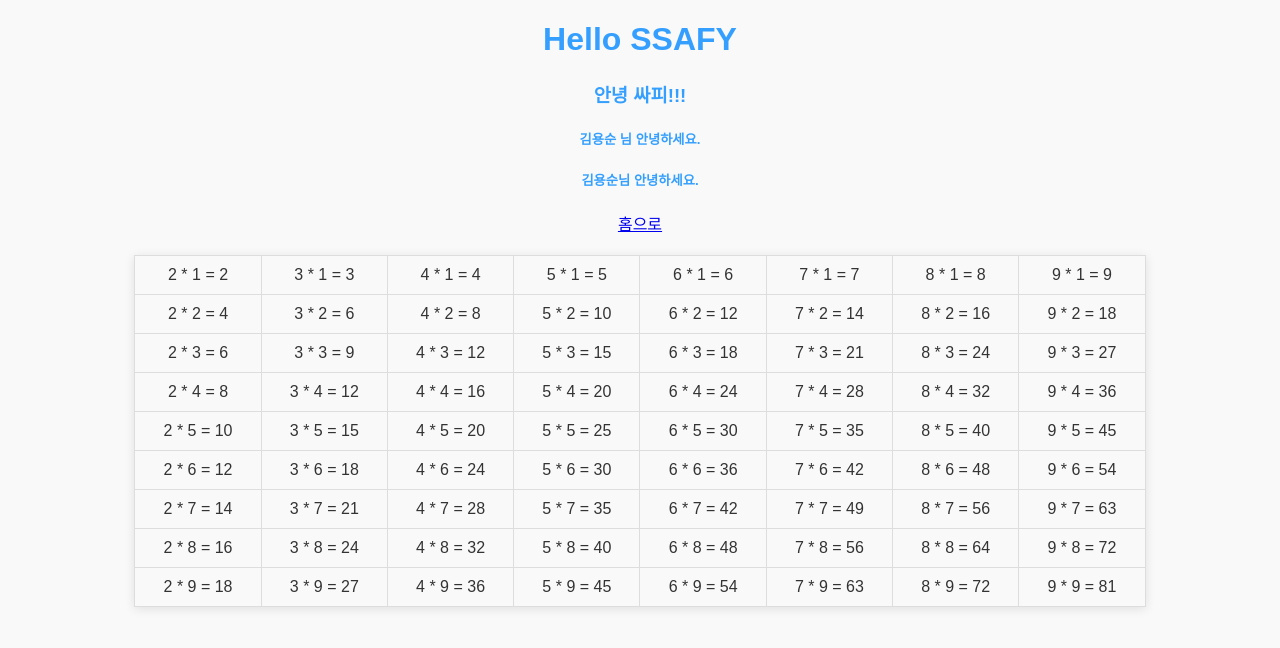
Repository: s00ngle/SSAFY-BE
Page: http://localhost/basic_jsp/hello.jsp
The author's editor kept a copy of each file at every save. The page is drawn from the files as they stood at one save, then again after the next save.
The browser window is 1280 px wide. The pictures show the whole page.
The page is served by Tomcat 10.

Above is the page before, as saved 2024-09-24 01:46:18.

After the next save:
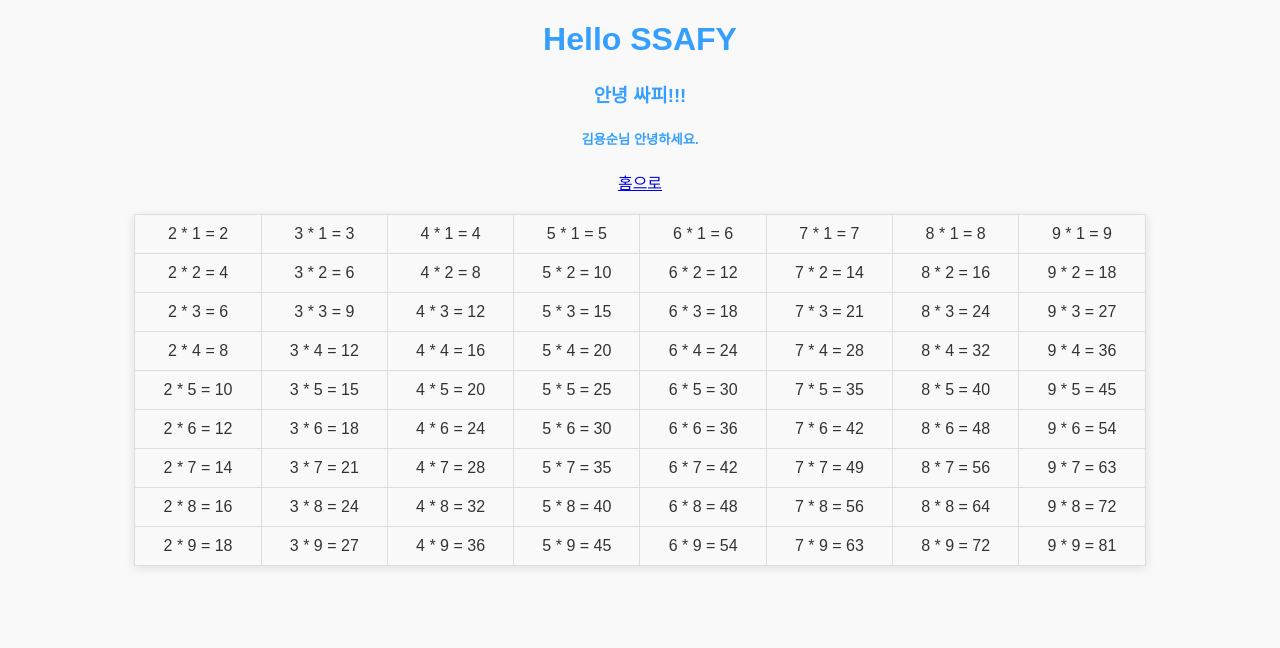
Saved 16 s later.
--- a/basic_jsp/src/main/webapp/hello.jsp
+++ b/basic_jsp/src/main/webapp/hello.jsp
@@ -44,7 +44,6 @@
 <body>
 	<h1>Hello SSAFY</h1>
 	<h3>안녕 싸피!!!</h3>
-	<h5><% out.println(name); %>님 안녕하세요.</h5>
 	<h5><%= name %>님 안녕하세요.</h5>
 	<a href="/basic_jsp/index.jsp">홈으로</a></br>
 
